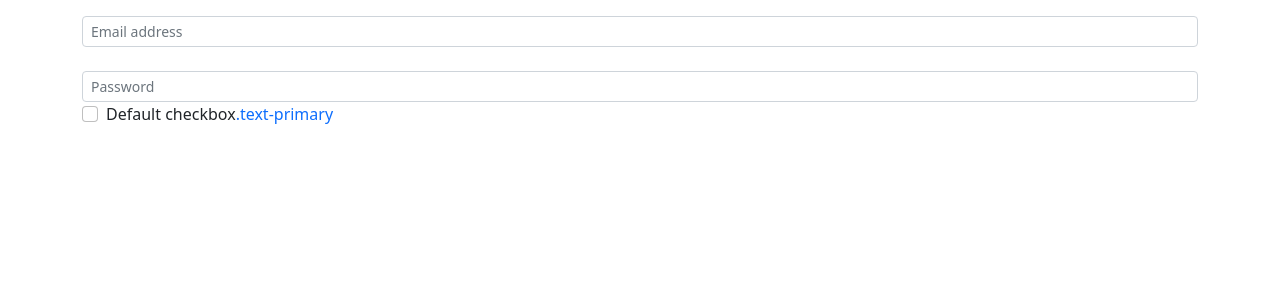
Repository: NPhanA/React2022
Page: / (app in Day 03-React/exercise/)
An editor plug-in stored every save of this project. The page is shown before and after the next save, followed by the edit.
The browser window is 1280 px wide. The pictures show the whole page.
The project was rebuilt for these pictures with package versions that can differ from the ones it lists, and the page was loaded fresh each time. Also part of the build but not shown: Day 03-React/exercise/src/App.css, Day 03-React/exercise/src/App.js, Day 03-React/exercise/src/Components/UserAgent.js, Day 03-React/exercise/src/Components/ProfileCard.js.

Above is the page before, as saved 2022-07-26 17:23:42.

After the next save:
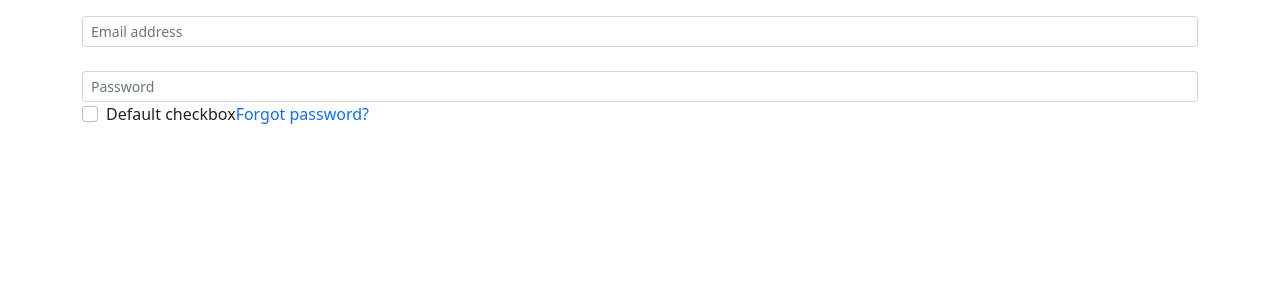
Saved 28 s later.
--- a/Day 03-React/exercise/src/Components/SignInForm.js
+++ b/Day 03-React/exercise/src/Components/SignInForm.js
@@ -14,7 +14,7 @@ function SignInForm() {
                     <label class="form-check-label" for="flexCheckDefault">
                      Default checkbox
                 </label>
-                <span className="text-primary">.text-primary</span>
+                <span className="text-primary">Forgot password?</span>
 </div>
                 </form>
             </div>
